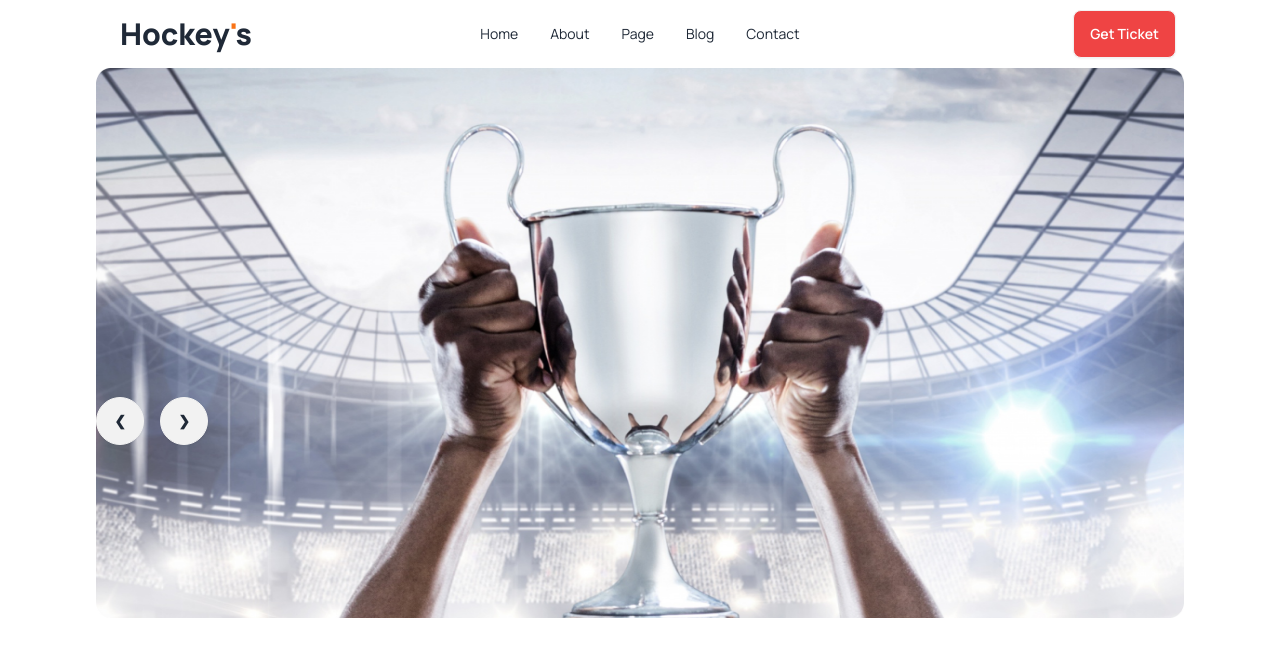
Repository: RudrasahaDibos/Hockey-
Page: index.html
The author's editor kept a copy of each file at every save. The page is drawn from the files as they stood at one save, then again after a run of saves.
The browser window is 1280 px wide. The pictures show the whole page.
Some web libraries are served in a nearby version.

Above is the page before, as saved 2024-10-23 19:04:41.

After the next 2 saves:
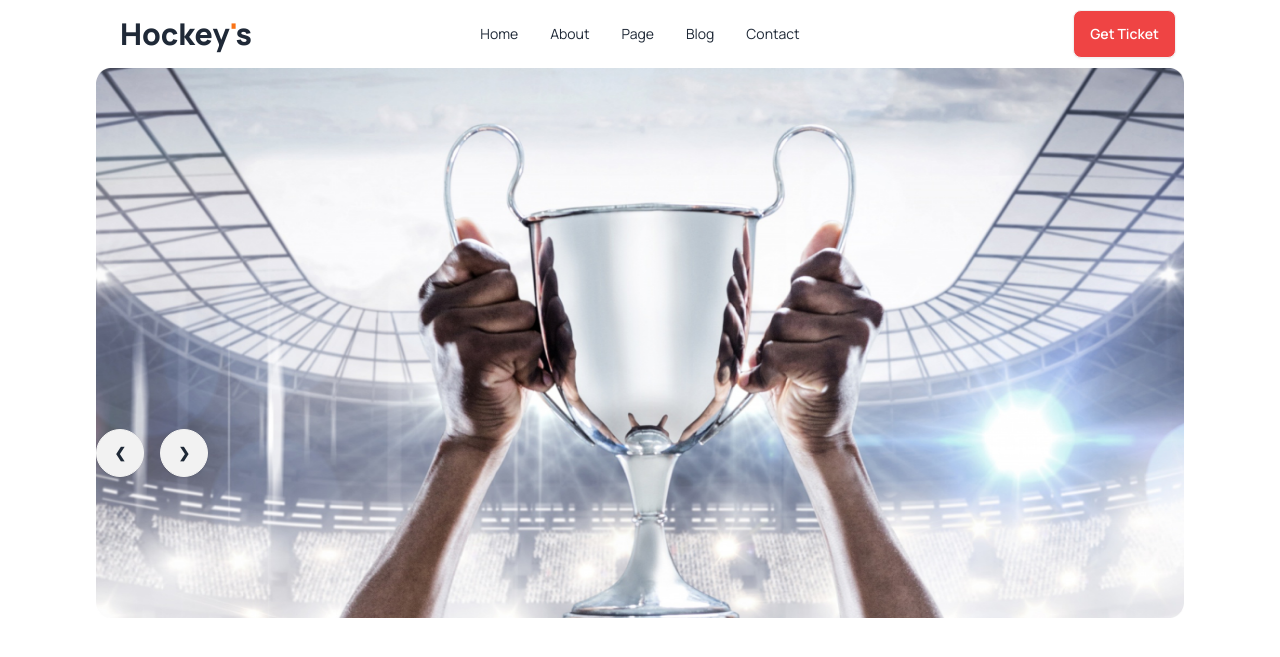
The 2 saves are shown as one change because they came seconds apart.
The last was saved 6 s later.
--- a/index.html
+++ b/index.html
@@ -95,7 +95,7 @@
                           <img
                             src="Images/1.png"
                             class="w-full lg:h-[550px] " />
-                          <div class="absolute left-0 right-0 top-[55%] flex -translate-y-1/2 transform gap-4">
+                          <div class="absolute left-0 right-0 top-[60%] flex -translate-y-1/2 transform gap-4">
                             <a href="#slide4" class="btn btn-circle">❮</a>
                             <a href="#slide2" class="btn btn-circle">❯</a>
                           </div>
